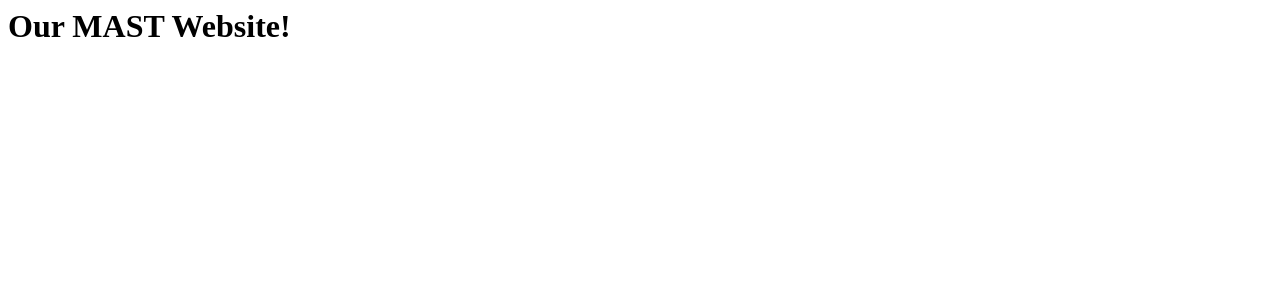
Repository: desneoh/desneoh.github.io
Page: index.html
The author's editor kept a record of every edit. The page is drawn from the files as they stood at one moment, then again after the next edit.
The browser window is 1280 px wide. The pictures show the whole page.

Above is the page before.

After the next edit:
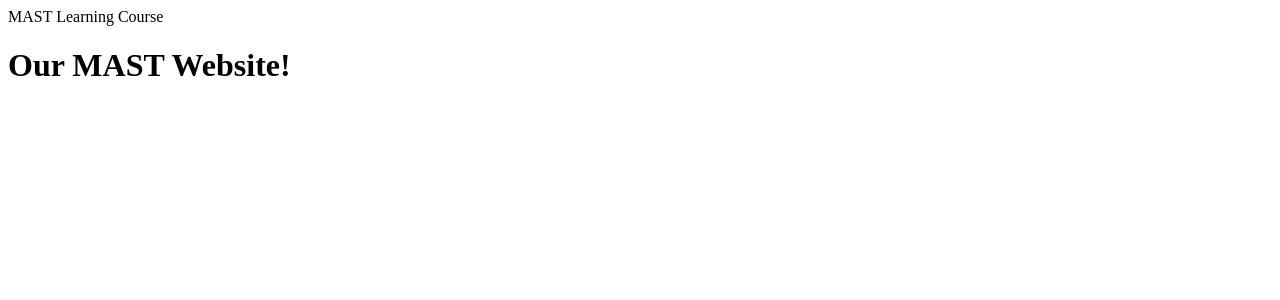
The edit:
--- a/index.html
+++ b/index.html
@@ -1,9 +1,5 @@
 <html>
-    <head>
-        <title> </title>
-
-    </head>
-
+<head>MAST Learning Course</head>
 
     <body>
         <h1>Our MAST Website!</h1>
